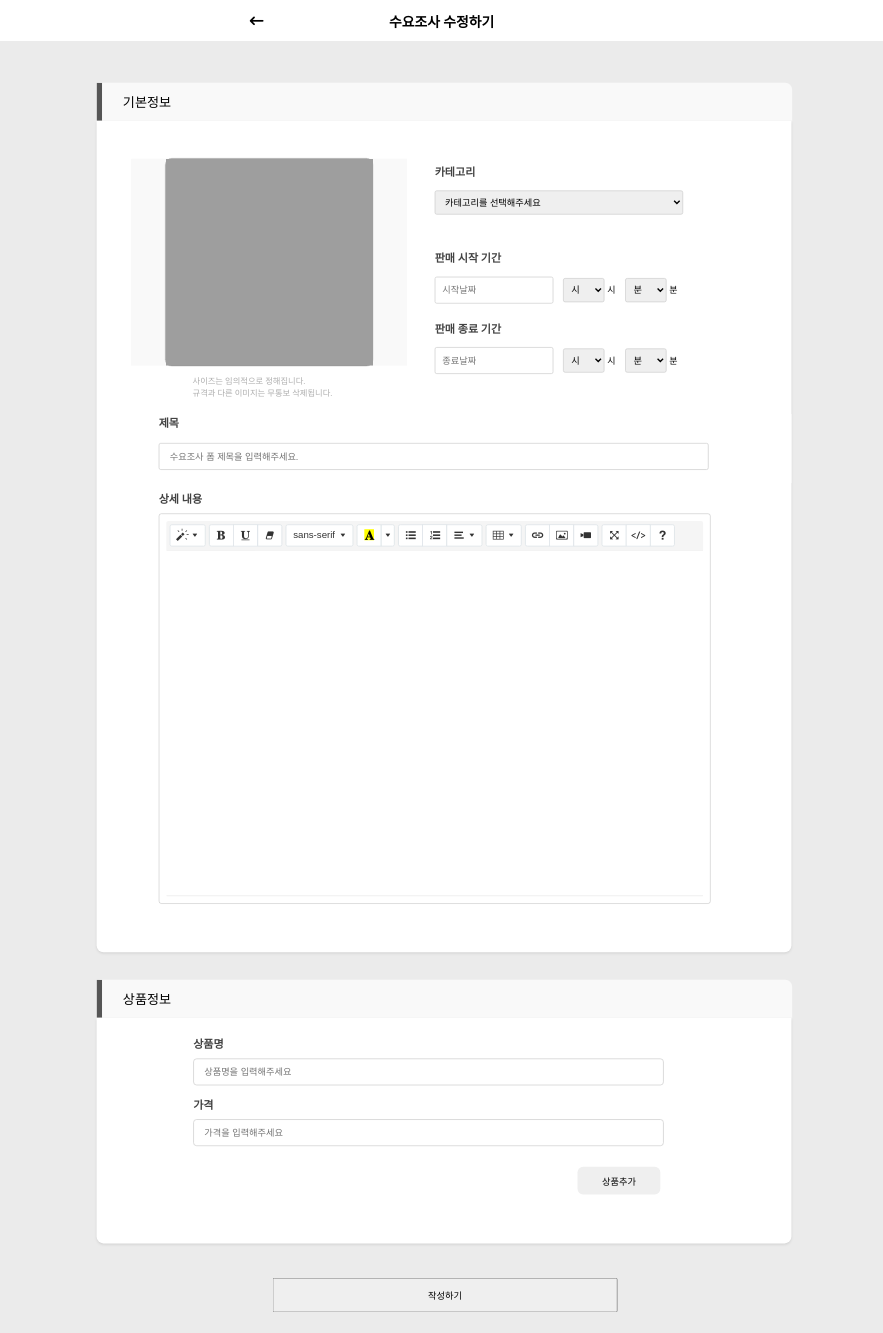
Repository: mmyyt/MASSEL
Page: http://localhost/MASSEL/WEB-INF/views/demandsurvey/dsEdit.jsp
The author's editor kept a copy of each file at every save. The page is drawn from the files as they stood at one save, then again after the next save.
The browser window is 1280 px wide. The pictures show the whole page, at 69% of full size.
Pictures or frames that could not be fetched are drawn as grey boxes. Some web fonts or font styles are not loaded; a fallback is used. Some web libraries are served in a nearby version. The page is served by Tomcat 9. Nobody is signed in. Other server files are loaded and not shown. The template is opened directly, without the code that normally fills it, so the values that code supplies are empty.

Above is the page before, as saved 2024-11-20 06:50:51.
Console error: SyntaxError: Unexpected token ';'

### MASSEL/src/main/webapp/WEB-INF/views/demandsurvey/dsEdit.jsp
<%@ page language="java" contentType="text/html; charset=UTF-8"
    pageEncoding="UTF-8"%>
<%@ taglib uri="http://java.sun.com/jsp/jstl/core" prefix="c"%>
<%@ taglib uri="http://java.sun.com/jsp/jstl/functions" prefix="fn"%>
<!DOCTYPE html>
<html>
<head>
<meta charset="UTF-8">
<title>Insert title here</title>
<script src="https://code.jquery.com/jquery-3.6.0.min.js"></script>
<script src="https://code.jquery.com/ui/1.12.1/jquery-ui.js"></script>
<link rel="stylesheet" href="/resources/summernote/summernote-lite.css">
<link rel="stylesheet" href="//code.jquery.com/ui/1.12.1/themes/base/jquery-ui.css">
<link rel="stylesheet" href="/resources/css/dsEdit.css">
<script src="https://kit.fontawesome.com/4facc1d037.js" crossorigin="anonymous"></script>
</head>
<body>

<div class="topHeaderWrapper">
	<div class="topHeader">
		<div class="topHeader-arrow">
			<a href="/"><i class="fas fa-light fa-arrow-left-long"></i></a>
		</div>
		<div class="topHeader-title">수요조사 수정하기</div>
	</div>
</div>

<form action="/demandSurvey/edit" method="post" enctype="multipart/form-data">

<input type="hidden" name="dno" value="${dsedto.dsvo.dno }">
<input type="hidden" name="dno" value="${dsedto.dsvo.id }">

<div>
<!-- @@@@@@@@@@@@@@@@수요조사 폼 시작@@@@@@@@@@@@@@@@  -->

	<div class="wrap"><!--wrap  -->

		<div class="saleContent"> <!--폼 내용 -->

				<div class="saleInfoTitle">
					<div>기본정보</div>
				</div>
			<div class="div1"> <!-- 썸네일,카테고리,기간설정 div -->


			<div class="div1Top"> <!--상단부분시작  -->
				<div class="thumbnail">


				<div class="thumbnailDiv">
					<div class="thumbnailArea" id="thumbnailArea">
						<img alt="없음" class="dsimg"
						src="/upload/demandSurveyImg/${fn: replace(dsedto.dsivo.saveDir, '\\','/')}/${dsedto.dsivo.uuid }_${dsedto.dsivo.fileName}">
					</div>

						<input type="file" id="thumbnailFile" name="thumbnailFile" style="display:none;"
								onchange="showThumbnailImg(event)">
				</div><!--썸네일 div끝  -->
				<p class="thumbNailInfo">&nbsp;&nbsp;&nbsp;사이즈는 임의적으로 정해집니다. <br>
				&nbsp;&nbsp;&nbsp;규격과 다른 이미지는 무통보 삭제됩니다.
				</p>

				</div>

				<div class="right-section"><!--썸네일 오른쪽  -->

				<div class="categoryArea"><!--카테고리div  -->
				<div class="categoryTitle">
					<p>카테고리</p>
				</div>

				<div class="category"><!--카테고리div  -->
					<select id="categorySelect" name="categoryId">
						<option value="" disabled selected>카테고리를 선택해주세요</option>
						<option value="1" ${dsedto.dsvo.categoryId == 1 ? 'selected':'' }>애니메이션/만화/웹툰</option>
						<option value="2" ${dsedto.dsvo.categoryId == 2 ? 'selected':'' } >아이돌/연예인</option>
						<option value="3" ${dsedto.dsvo.categoryId == 3 ? 'selected':'' }>드라마</option>
						<option value="4" ${dsedto.dsvo.categoryId == 4 ? 'selected':'' }>영화</option>
						<option value="5" ${dsedto.dsvo.categoryId == 5 ? 'selected':'' }>아이돌</option>
						<option value="6" ${dsedto.dsvo.categoryId == 6 ? 'selected':'' }>게임</option>
						<option value="7" ${dsedto.dsvo.categoryId == 7 ? 'selected':'' }>의류/패션/악세사리</option>
						<option value="8" ${dsedto.dsvo.categoryId == 8 ? 'selected':'' }>도서</option>
						<option value="9" ${dsedto.dsvo.categoryId == 9 ? 'selected':'' }>문구</option>
						<option value="10" ${dsedto.dsvo.categoryId == 10 ? 'selected':'' }>창작캐릭터</option>
						<option value="11" ${dsedto.dsvo.categoryId == 11 ? 'selected':'' }>기타</option>
					</select>
				</div>
				</div><!--카테고리div끝  -->

				<div  class="date"> <!-- 기간설정  -->
				<div>
					<div class="startDate">
					<p class="startDatep">판매 시작 기간</p>
					<div><!--시작날짜-->
						<input type="text" id="startDay" name="startDay" placeholder="시작날짜"
						autocomplete="off" readonly="readonly" value="${startDateStr }">
						<select id="startHour" name="startHour">
							<option value="" selected disabled>시</option>
						</select>&nbsp;<span class="hourtext">시</span>
						<select id="startMinute" name="startMinute">
							<option value="" selected disabled>분</option>
						</select>&nbsp;<span class="minutetext">분</span>
					</div><!--시작날짜 끝  -->
					</div><!--startDate끝  -->

					<div class="endDate">
					<p class="endDatep">판매 종료 기간</p>
					<div><!--종료날짜 -->
						<input type="text" id="endDay" name="endDay" placeholder="종료날짜"
						autocomplete="off" readonly="readonly" value="${endDateStr }">
						<select id="endHour" name="endHour">
							<option value="" selected disabled>시</option>
						</select>&nbsp;<span class="hourtext">시</span>
						<select id="endMinute" name="endMinute">
							<option value ="" selected disabled>분</option>
						</select>&nbsp;<span class="minutetext">분</span>

					</div><!--종료날짜 끝 -->
					</div>
					<!-- <input type="checkbox" id="noEndDate" class="noEndDate"><span class="minutetext">종료기간 설정하지 않음</span> -->
				</div>
				</div><!--기간설정 끝  -->
				</div><!--오른쪽 구역 끝  -->

			</div> <!--상단부분끝  -->

				<div class="title"> <!--제목div  -->
					<div>
						<div class="titleText">제목</div>
						<div class="titleinput">
						 	<input type="text" name="dtitle" class="dtitle" id="dtitle"
						 	placeholder="수요조사 폼 제목을 입력해주세요."
						 	value="${dsedto.dsvo.dtitle }">
						 </div>
					</div>
				</div><!--제목div끝  -->

			<div class="editorDiv"><!--에디터 시작  -->

				<div class="editorTitle"> <!--에디터 타이틀  -->
					상세 내용
				</div>
				<div class="editorContent"><!--summernote editor  -->
				<textarea id="summernote" name="ddetail">
					${dsedto.dsvo.ddetail }
				</textarea>
				</div>
			</div><!--에디터 종료  -->


			</div><!--썸네일, 카테고리, 기간설정 div 끝  -->

			<div class="productInfo"><!--상품 항목 추가 -->
				<div class="productInfoTitle">
					<div>상품정보</div>
				</div>
				<div class="saleProductDiv">

						<div class="saleProductArea">
							<div class="saleProduct">

								<div class="saleProductInfo">


									<div class="productInputDiv">

							 			<div class="productInputDiv_0">
							 				<div class="label1">상품명</div>
							 			<div><input class="productInput" type="text" name="dpname" id="dpname" placeholder="상품명을 입력해주세요"></div>
							 			</div>

							 			<div class="productInputDiv_1">
							 			<div class="p">
							 				<div class="label2">가격</div>
											<div><input class="productInput2" type="text" name="dpprice" id="dpprice" placeholder="가격을 입력해주세요"></div>
								 		</div>
										</div>
										<div class="addListBtn">
											<button type="button" id="addList" class="addList">상품추가</button>
										</div>

							 		</div>

								</div>


							</div>


						</div>






				<!--상품 리스트  -->
					<div class="dsProductList" id="dsProductList">

					</div>


					</div>

				</div>


<div class="submitBtnWrapper">
    <button type="submit" class="submitBtn" id="submitBtn">작성하기</button>
</div>



		</div> <!--saleContent -->

	</div> <!-- wrap  -->
<!-- @@@@@@@@@@@@@@@@수요조사 폼 끝@@@@@@@@@@@@@@@@  -->
</div>

</form>

<script src="/resources/summernote/summernote-lite.js"></script>
<script src="/resources/summernote/lang/summernote-ko-KR.js"></script>
<script>
	//let originalProductList = "${dsedto.dspvo}";

	//let jsonProductList = '<c:out value='${jsonProductList}' />';
	let originalProductList = JSON.parse('${jsonProductList}');
	console.log(originalProductList);

	let dno = ${dno};

	const startHour = ${startHour};
	const startMinute = ${startMinute};
	const endHour = ${endHour};
	const endMinute = ${endMinute};
</script>
<script type="text/javascript" src="/resources/js/dsEdit.js"></script>


</body>
</html>

### MASSEL/src/main/webapp/resources/css/dsEdit.css
@charset "UTF-8";
@font-face {
    font-family: 'MinSans-Regular';
    src: url('https://fastly.jsdelivr.net/gh/projectnoonnu/noonfonts_2201-2@1.0/MinSans-Regular.woff') format('woff');
    font-weight: normal;
    font-style: normal;
}
li{
	list-style-type: none;
}

body {
	margin: 0;
	padding: 0;
	font-family: 'MinSans-Regular';
}

input{
	border: 1px solid #ccc;
}

select{
	border: 1px solid #ccc;
}

input:focus {
	outline: none;

}

a{
	color: black;
	text-decoration: none;

}

a:visited{
	color: black;
	text-decoration: none;
}
a:link{
	color: black;
	text-decoration: none;
}

textarea:focus {
	outline: none;
}

.topHeaderWrapper {
    width: 100%;
    height: 60px;
    font-size: 20px;
    font-weight: bold;
    position: fixed;
    background-color: white;
    z-index: 10;
    display: flex;
    justify-content: center;
    align-items: center;
}


.topHeader {
    position: relative;
    width: 70%;
    display: flex;
    justify-content: center;
    align-items: center;
}


.topHeader-arrow {
    position: absolute;
    left: 170px;
    display: flex;
    align-items: center;
}

.topHeader-title {
    text-align: center;
    margin: 0 auto;
}

.wrap{
	width: 100%;
	display: flex;
    justify-content: center;
    align-items: center;
	background-color: #ebebeb;
}


.saleContent{
	width: 1000px;
	padding-top : 80px;
}

/* 썸네일폼 상단 제목 */
.saleTitle{
	height: 100px;
	background-color: #f9f9f9;
	font-size: 25px;
	font-weight: normal;
	padding-top: 30px;
	padding-left: 30px;
	border-radius: 5px;
}

.title0{
 	margin-top: 30px;
	margin-left: 25px;
}

/* 썸네일, 기간, 카테고리 div */
.div1{
	width: 1007px;
	height : 1200px;
	background-color: white;
	padding-top: 5px;
	margin-bottom: 10px;
	border-bottom-left-radius: 10px;
    border-bottom-right-radius: 10px;
	top: -10px;
    box-shadow: 0 2px 4px rgba(0, 0, 0, 0.1);
}

.div1Top{
	display: flex;
}

.saleInfoTitle{
	width: 100%;
	height : 30px;
	padding-top: 10px;
	padding-bottom: 15px;
	margin-top: 40px;
	border-left: 8px solid #555555;
    border-top-right-radius: 10px;
	background-color: #f9f9f9;
	position: relative;
	z-index: 2;
}

.saleInfoTitle>div{
	margin-left: 30px;
	margin-top : 3px;
	font-size: 19px;
}


/*썸네일  */
.thumbnail{

}
.thumbnailDiv {
  flex: 1;
  margin-right: 20px;
  margin-left: 50px;
  margin-top : 50px;
  width: 400px;
  height: 300px;
  background-color: #f9f9f9;
  display: flex;
  justify-content: center;
   align-items: center;
	cursor: default;
}

.thumbnailArea{
	width : 300px;
	height: 300px;
    display: flex;
    justify-content: center;
    align-items: center;
    background-color: rgba(0, 0, 0, 0.5);
    color: white;
    font-size: 14px;
    border: 1px solid #ccc;
    border-radius: 10px;

    cursor: pointer;
}

.dsimg{
	width: 300px;
	height: 300px;
	object-fit : cover;
}

.thumbNailInfo{
	margin-left: 130px;
	font-size: 12px;
	color: #adadad;
	cursor: default;
}

/*오른쪽구역  */
.right-section {
  margin-top : 30px;
  margin-left : 20px;
  flex: 1;
  display: flex;
  flex-direction: column;
  gap: 10px;


}

 /* 카테고리 */

.categoryArea{
	margin-top : 10px;
	width: 470px;
	height: 100px;
	padding-bottom: 5px;
}

.categoryTitle>p{
	cursor: default;
	font-weight: bold;
	color: #424242;
	font-size: 16px;

}

#categorySelect{
	width: 360px;
	height: 35px;
	border-radius: 3px;
	padding-left: 10px;
	padding-right: 10px;
}


/* 기간  */
.date{
	margin-top : 10px;
	width: 450px;
	height: 210px;
}

.startDatep, .endDatep{
	cursor: default;
	font-weight: bold;
	color: #424242;
	font-size: 16px;
}

.endDate{
	padding-top: 7px;
}

#startDay, #endDay{
	width: 150px;
	height: 35px;
	margin-right: 10px;
	border-radius: 3px;
	padding-left: 10px;
	padding-right: 10px;
	cursor: pointer;
}

#startHour, #startMinute, #endHour, #endMinute{
	width: 60px;
	height: 35px;
	border-radius: 3px;
	padding-left: 7px;
	padding-right: 7px;
}

#startMinute,#endMinute{
	margin-left: 10px;
}


.hourtext, .minutetext{
	font-size: 13px;
}

/* ============== 기간 설정 달력 ================ */

.ui-datepicker {
    background-color: green;
    border: 3px solid #ccc;
    padding: 10px;
    font-family: 'Arial', sans-serif;
}


/* 헤더 부분 스타일 */
.ui-datepicker-header {
    background-color: yellow;
    color: white;
    padding: 10px;
    border-radius: 5px 5px 0 0;
}

/* 월/년도 텍스트 스타일 */
.ui-datepicker-title {
    font-weight: bold;
    font-size: 16px;
}

/* 이전/다음 버튼 스타일 */
.ui-datepicker-prev, .ui-datepicker-next {
    background-color: #333;
    color: white;
    border: none;
    cursor: pointer;
}

/* 달력 날짜 스타일 */
.ui-datepicker-calendar td {
    padding: 5px;
}

/* 기본 상태의 날짜 스타일 */
.ui-state-default {
    background-color: #fff;
    color: #333;
    border: 1px solid #ccc;
    border-radius: 4px;
    padding: 5px;
    text-align: center;
    cursor: pointer;
}

/* 마우스 오버 시 날짜 스타일 */
.ui-state-hover {
    background-color: navy;
    border-color: #999;
    color: white;
}

/* 선택된 날짜 스타일 */
.ui-state-active {
    background-color: #333;
    color: white;
}

.noEndDate{
	margin-top: 15px;
	font-size: 13px;
	cursor: default;
}
/* =================폼 제목 ==================== */

.title{
	height: 100px;
	margin-left: 20px;
	background-color: white;
}

.titleText{
	margin-top : 10px;
	/* margin-bottom : 3px; */
	margin-left: 70px;
	font-weight: bold;
	cursor: default;
	color: #424242;
	font-size: 16px;
}

.titleinput{
	margin-top: 8px;
}

.dtitle{
	margin-top : 10px;
	margin-left: 70px;
	height: 35px;
	width : 765px;
	padding-left: 15px;
	padding-right: 15px;
	border-radius: 3px;
}

/* 에디터 */

.editorDiv{
	height: 600px;
	margin-left: 20px;
}

.editorTitle{
	margin-top: 10px;
	margin-left: 70px;
	font-weight: bold;
	cursor: default;
	color: #424242;
	font-size: 16px;
}

.editorContent{
	margin-top: 10px;
	margin-left: 50px;
}

.note-editor{
	width: 800px;
	margin-left : 20px;
	overflow: hidden;
	border : 1px solid #ccc;
	padding: 10px; /*내부여백  */
}

.note-resizebar {
    display: none;
}

/* 상품 추가 */

.productInfo{
	width: 100%;
	margin-top: 35px;
}

.productInfoTitle{

	width: 100%;
	height : 30px;
	padding-top: 10px;
	padding-bottom: 15px;
	margin-top: 40px;
	border-left: 8px solid #555555;
    border-top-right-radius: 10px;
	background-color: #f9f9f9;
	position: relative;
	z-index: 2;

}

.productInfoTitle>div{
	margin-left: 30px;
	margin-top : 3px;
	font-size: 19px;
}

.saleProductDiv{
	width: 1007px;
	background-color: white;
	padding-top: 5px;
	margin-bottom: 20px;
	padding-bottom : 10px;
	border-bottom-left-radius: 10px;
    border-bottom-right-radius: 10px;
	top: -10px;
    box-shadow: 0 2px 4px rgba(0, 0, 0, 0.1);
}

.saleProduct{
	margin-bottom: 30px;
}

.productInputDiv {
    gap: 5px;
    padding: 10px;
    margin-left: 50px;
    align-items: center;
    justify-content: center;
}


.label1{
	font-weight: bold;
	cursor: default;
	font-size: 16px;
	margin-top: 10px;
	margin-bottom: 10px;
	margin-left: 20px;

	color: #424242;
}

.productInputDiv_0{

	margin-left: 60px;
}

.productInput{
	width: 650px;
	height: 35px;
	border-radius: 5px;
	padding-left: 15px;
	padding-right: 15px;
	margin-left: 20px;
}

.productInputDiv_1{
	display: flex;
	margin-top: 10px;
	margin-left: 60px;
}
.label2{

	font-weight: bold;
	cursor: default;
	font-size: 16px;
	margin-top: 5px;
	margin-bottom: 10px;
	margin-left: 20px;
	color: #424242;
}

.label4{
	display: flex;
	margin-bottom: 10px;
}

.label4stock{
	font-weight: bold;
	cursor: default;
	font-size: 16px;
	color: #424242;
	margin-top: 5px;
	margin-bottom: 10px;
	margin-left: 10px;
}

.label4maxWrapper{
	margin-right: 80px;
}
.label4max{
	font-weight: bold;
	cursor: default;
	font-size: 16px;
	margin-top: 5px;
	margin-bottom: 10px;
	margin-left: 10px;
	color: #424242;
}

.stockInput, .maxInput{
	width: 100px;
	height: 35px;
	border-radius: 3px;
	padding-left: 15px;
	padding-right: 15px;
	margin-left: 10px;
}


.addList{
	width: 120px;
	height: 40px;
	border: none;
	border-radius: 8px;
	cursor: pointer;

}

.addListBtn {
    display: flex;
    justify-content: flex-end;
    margin-top: 30px;
	margin-right: 180px;
}


.productInput2{
	width: 650px;
	height: 35px;
	border-radius: 5px;
	padding-left: 15px;
	padding-right: 15px;
	margin-left: 20px;
}

.s{
	margin-left: 10px;
}

.m{
	margin-left: 10px;
}


/*상품리스트  */

.label3{
	display: flex;
    gap: 10px;
}

.label3Name{
	background-color: blue;
	width: 400px;
	margin-left: 25px;
	padding-left: 10px;
}

.label3Price{
	background-color: lime;
	width: 400px;
	margin-left: 25px;
	padding-left: 10px;
}

.label3Count{
	width: 200px;
	justify-content: flex-end;
	padding-left: 10px;
}

.saleListClass{
	/* height: 150px; */
}

.spnameClass{
	/* height : 50px; */
	background-color: blue;

}

.sppriceClass{
	/* height : 50px; */
	background-color: green;
}

.dsProductList {
    display: flex;
    flex-direction: column;
    gap: 10px;
	margin-bottom: 21px;
	align-items: center;
	justify-content: center;
}

.dsListClass {
    display: flex;
    align-items: center;
    justify-content: space-between;
    gap: 10px;
    background-color: #f1f1f1;
    border-radius : 8px;
    width: 650px;
    padding: 20px;
    margin-right: 20px;

}

.dpnameClass, .dppriceClass{
    flex: 1;
    margin-top: 10px;
}

button {
    margin-left: 10px;
}

.dpnameClass input{
	width: 400px;
	height: 30px;
	padding-left: 10px;
}

.dppriceClass input{
	width: 400px;
	height: 30px;
	padding-left: 10px;
}




.submitBtn{
	margin-top : 30px;
	margin-bottom : 30px;
	width: 500px;
	height: 50px;
}

.submitBtnWrapper{
	display: flex;
	justify-content: center;

}

/*상품항목추가 수정버전*/

.listComponentWrapper{
	border: 1px solid #ccc;
	border-radius: 4px;
	width: 630px;
	padding: 10px;
    margin-bottom: 15px;
    background-color: #f9f9f9;
    position: relative;
    margin-top: 15px;
    margin-left: 150px;
}

.listComponent{
	display: flex;
	align-items: center;
}

.listComponentImg{
	width: 80px;
	height: 80px;
	border-radius: 4px;
	background-color: #e0e0e0;
    margin-right: 15px;
}

.listComponentContent{
	margin-left: 10px;
	flex-grow: 3;
}

.listComponentTop{
	display: flex;
	font-size: 15px;
}


.listComponentBottom{
	display: flex;
	font-size: 15px;
}

.listComponentName{
	width: 350px;
	font-size: 15px;
    color: #333;
    margin-bottom: 10px;
}

.listComponentPrice{
	width: 350px;
	font-size: 15px;
    color: #333;
    margin-top: 10px;

}

.listComponentStock{
	width: 100px;
    font-size: 15px;
    color: #333;
	margin-left: 10px;
}

.listComponentMax{
	width : 100px;
    font-size: 15px;
    color: #333;
	margin-top: 10px;
	margin-left: 10px;
}

.listComponentBtn {
    display: flex;
    flex-direction: column;
    gap: 5px;
}

.editBtn {
    padding: 5px 10px;
    font-size: 13px;
    cursor: pointer;
    border: none;
    border-radius: 5px;
    background-color: #007bff;
    color: white;
    transition: background-color 0.3s;
	width: 90px;
	height: 35px;
}

.editBtn:hover {
    background-color: #0056b3;
}


.delBtn {
    position: absolute;
	margin-left : 655px;
	margin-bottom : 92px;
    padding: 2px 6px;
    font-size: 12px;
    cursor: pointer;
    border: none;
    border-radius: 50%;
    background-color: #ccc;
    color: white;
    transition: background-color 0.3s, opacity 0.3s;
    box-shadow: 0 0 4px rgba(0,0,0,0.2);
    opacity: 0.8;
}

.delBtn:hover {
    background-color: #c82333;
    opacity: 1;
}


.nameInput, .priceInput{
	border-left-width: 0;
	border-right-width: 0;
	border-top-width: 0;
	border-bottom-width: thin;
	font-size: 15px;
	border-bottom-color: #A9A8A8;
	padding-left: 10px;
	padding-right: 10px;
	padding-bottom : 10px;
	padding-top : 5px;
	background-color: #f9f9f9;

}


.dpnameClass >input{
	width: 210px;
	height: 30px;
}

.dppriceClass >input{
	width: 210px;
	height: 30px;
}

Loaded but not shown: MASSEL/src/main/webapp/resources/summernote/summernote-lite.js (library); MASSEL/src/main/webapp/resources/js/dsEdit.js (642 lines, source omitted); MASSEL/src/main/webapp/resources/summernote/lang/summernote-ko-KR.js (185 lines, source omitted); MASSEL/src/main/webapp/resources/summernote/summernote-lite.css (1505 lines, source omitted)

After the next save:
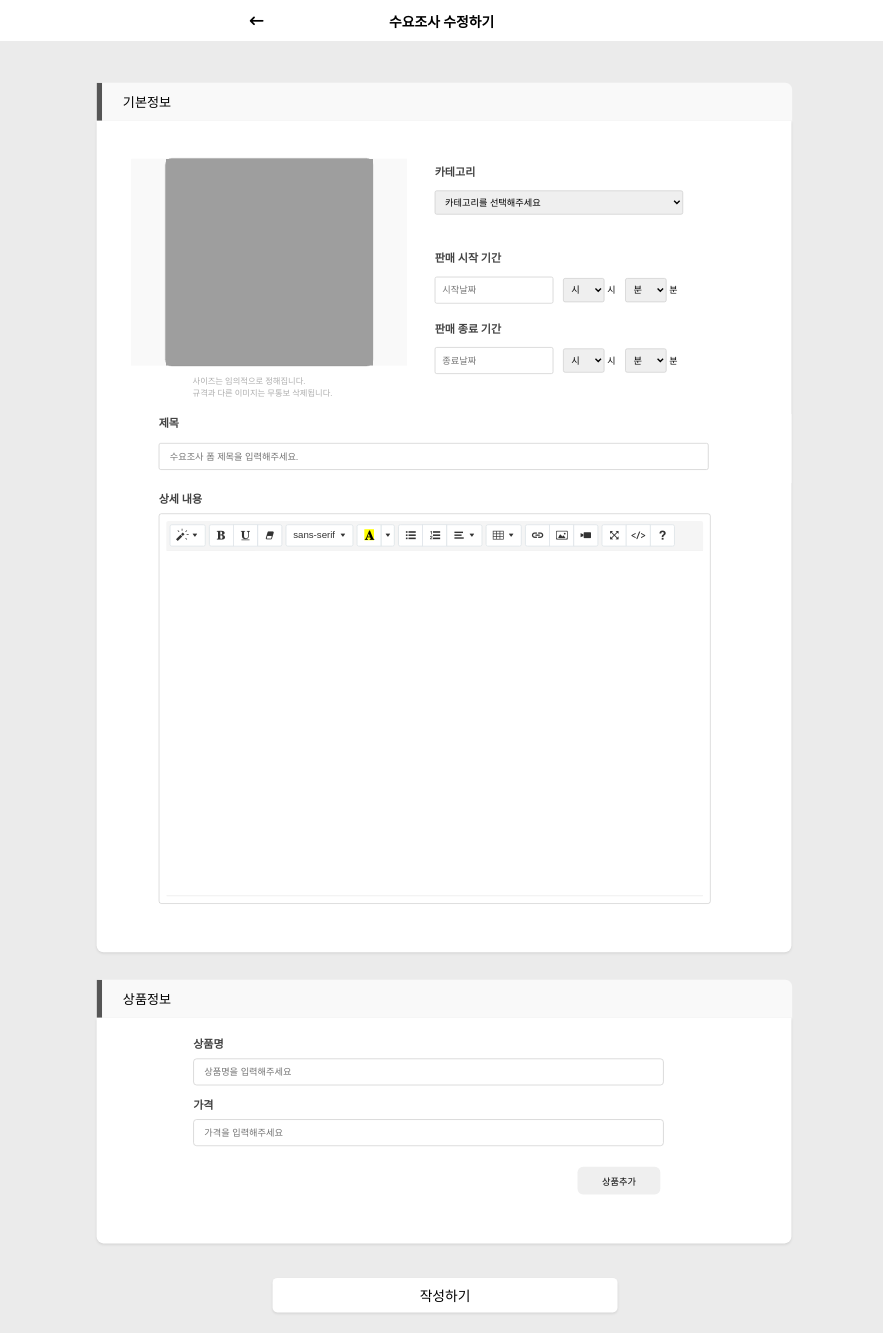
Saved 27 s later.
--- a/MASSEL/src/main/webapp/resources/css/dsEdit.css
+++ b/MASSEL/src/main/webapp/resources/css/dsEdit.css
@@ -661,14 +661,22 @@ button {
 	padding-left: 10px;
 }
 
-
-
-
 .submitBtn{
 	margin-top : 30px;
 	margin-bottom : 30px;
 	width: 500px;
 	height: 50px;
+	background-color: white;
+	border-radius: 7px;
+	cursor: pointer;
+	border: none;
+	transition: background-color 0.3s ease, color 0.3s ease;
+	font-size: 20px;
+    box-shadow: 0px 2px 4px rgba(0, 0, 0, 0.1);
+}
+.submitBtn:hover{
+	background-color: #beaae9;
+	color: white;
 }
 
 .submitBtnWrapper{
